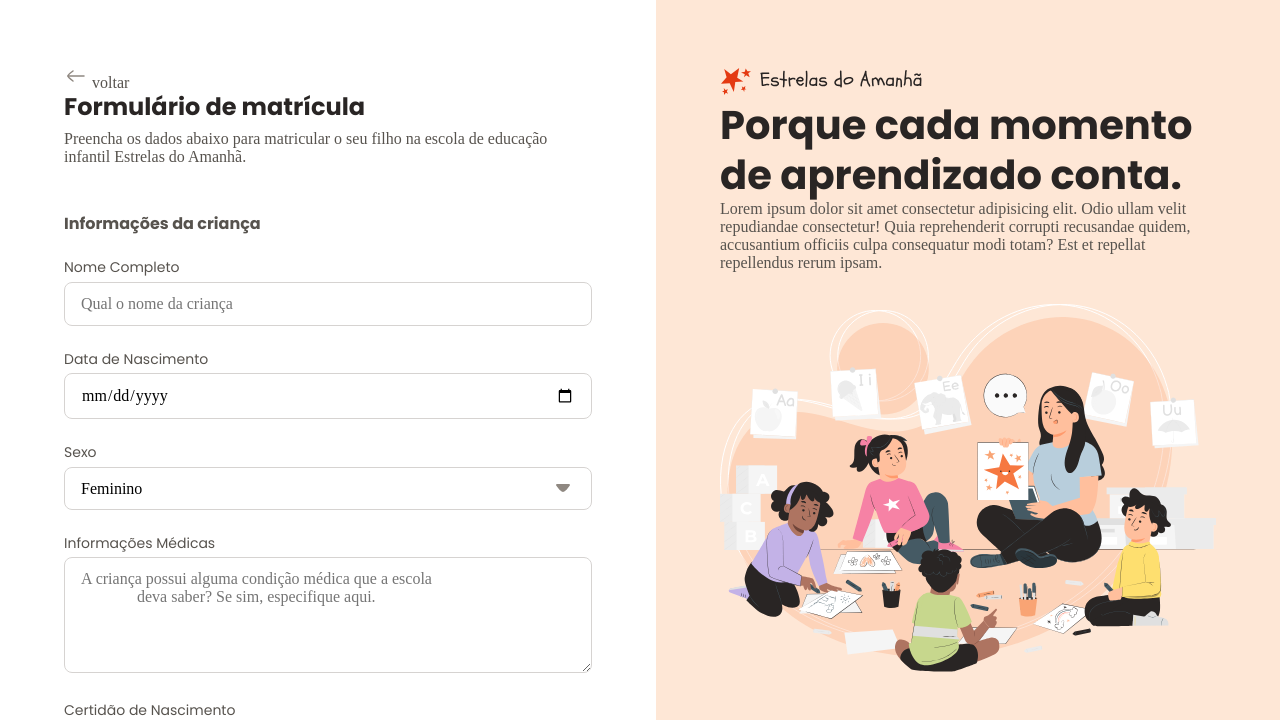
Repository: JeffRodFer/Formulario_de_Matriculas
Page: index.html
These files come from the project's save history. The page is drawn as it stood at one moment and after a run of saves; the edit follows.
The browser window is 1280 px wide. The pictures show the whole page.
Pictures or frames that could not be fetched are drawn as grey boxes. An inner scrolling area shows only its first screen.

Above is the page before, as saved 2025-05-21 21:50:43.

After the next 4 saves:
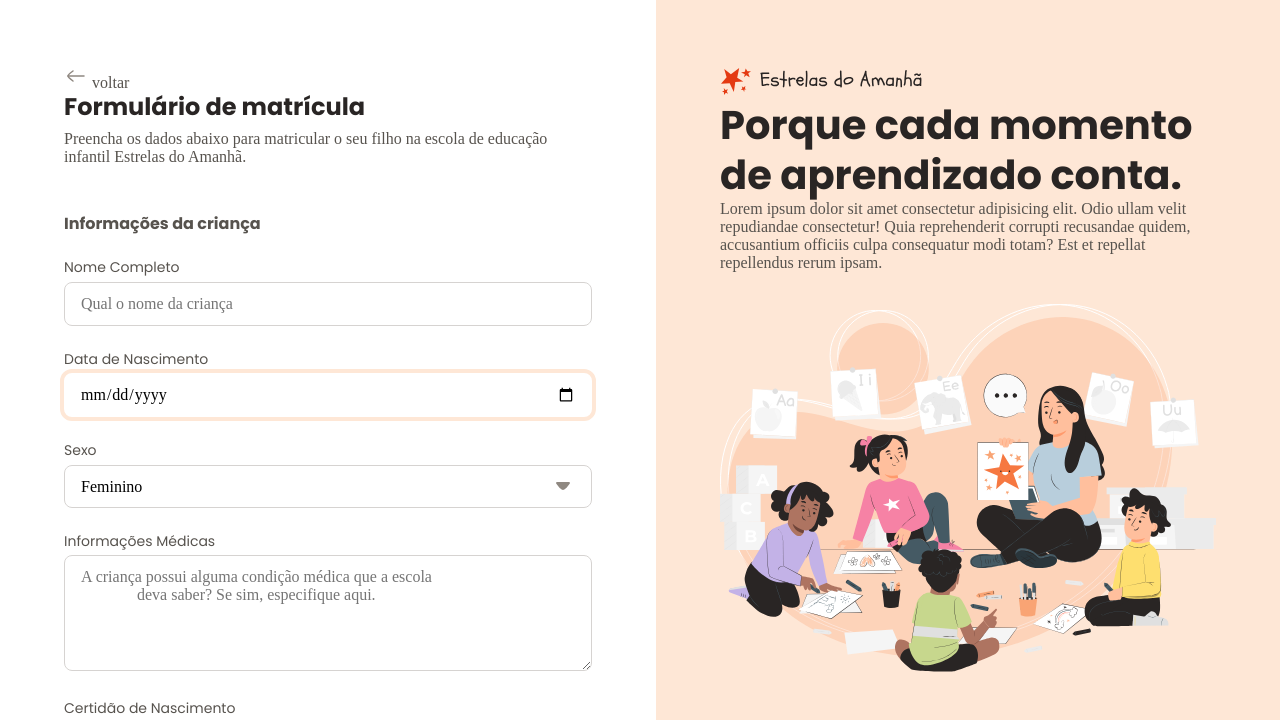
The 4 saves are shown as one change because they came seconds apart.
The last was saved 12 s later.
--- a/styles/fields/index.css
+++ b/styles/fields/index.css
@@ -22,7 +22,7 @@
 input:focus,
 select:focus,
 textarea:focus,
-input[] {
+input[type="date"] {
   outline: .25rem solid var(--surface-secondary);
   border: .125rem solid var(--stroke-highlight);
   outline-offset: .1px;

After the save that followed:
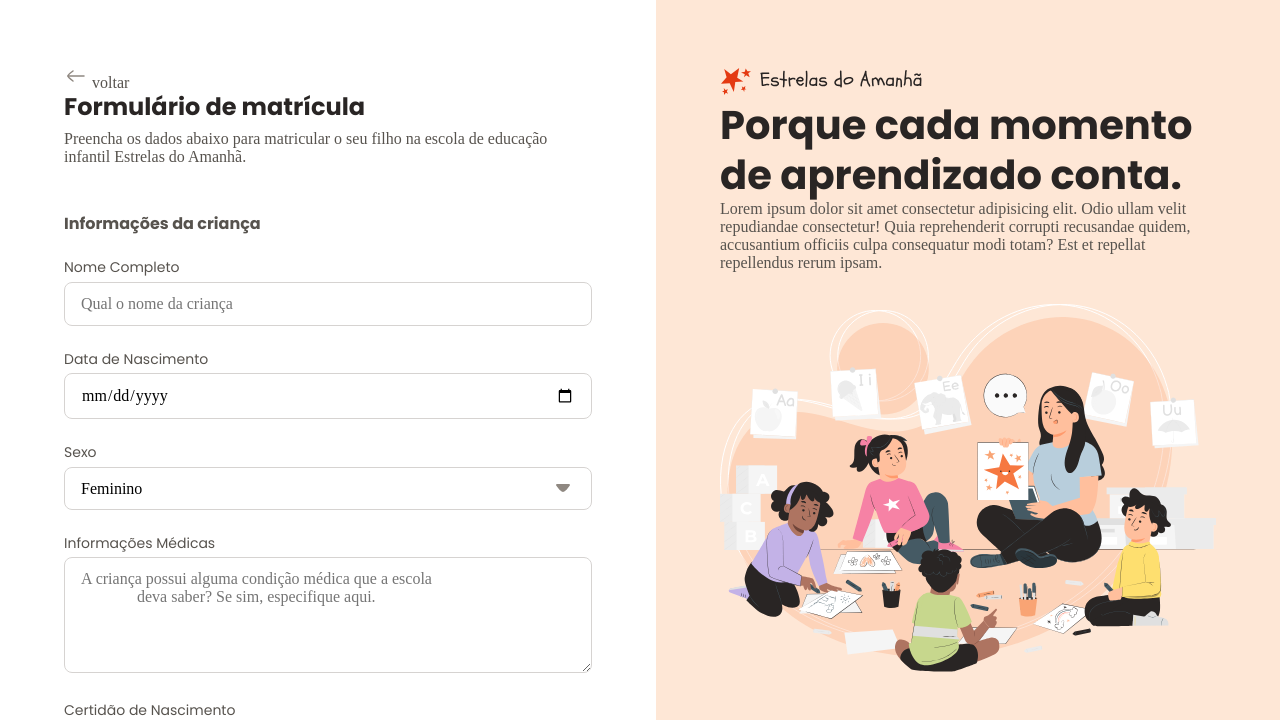
Saved 10 s later.
--- a/styles/fields/index.css
+++ b/styles/fields/index.css
@@ -22,7 +22,7 @@
 input:focus,
 select:focus,
 textarea:focus,
-input[type="date"] {
+input[type="date"]:focus {
   outline: .25rem solid var(--surface-secondary);
   border: .125rem solid var(--stroke-highlight);
   outline-offset: .1px;
